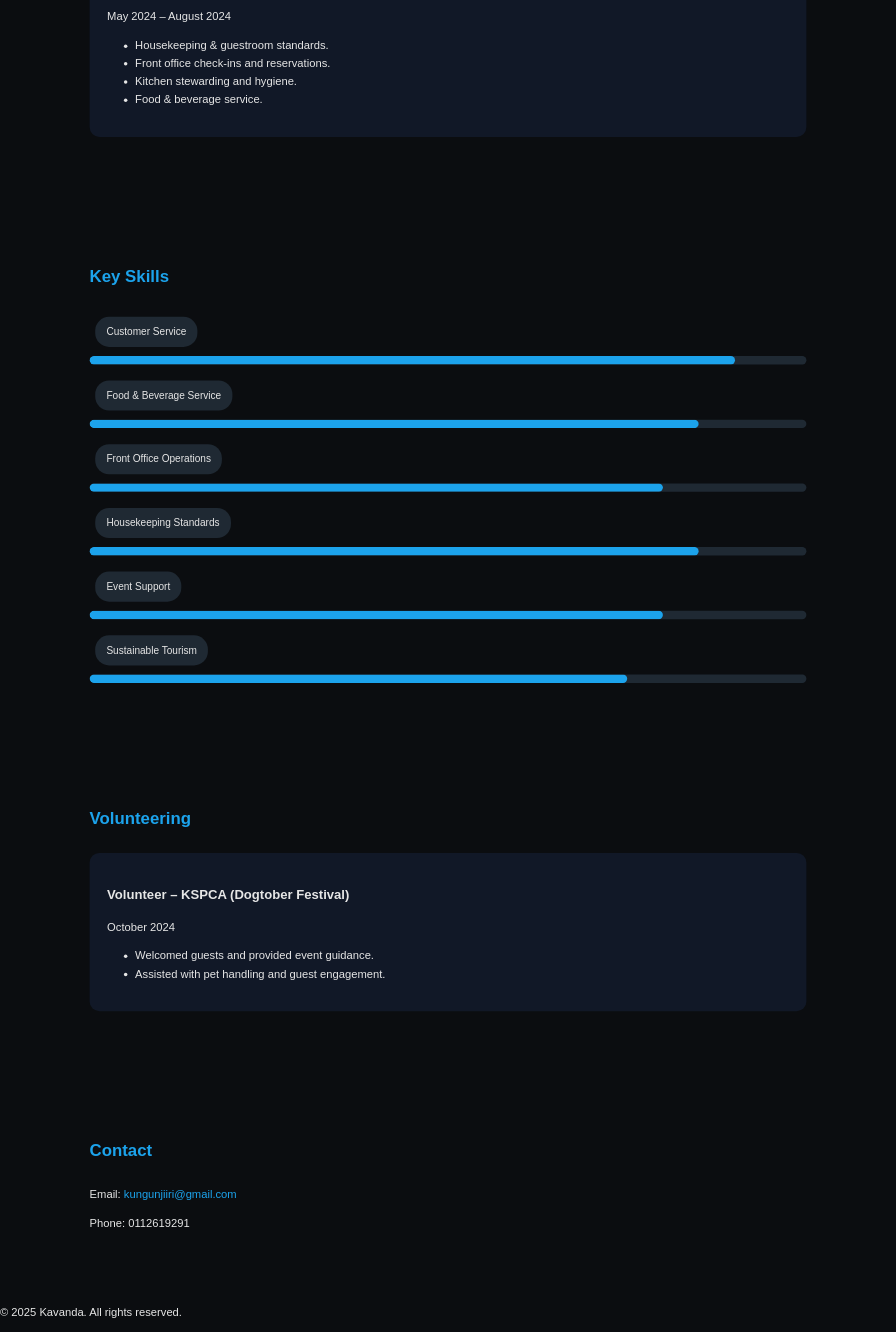
Repository: ladygit-comits/Solomon_Portfolio
Page: index.html
The author's editor kept a copy of each file at every save. The page is drawn from the files as they stood at one save, then again after the next save.
The browser window is 1280 px wide. The pictures show the part of the page from y = 2432 to 4352 px (the page is 4335 px tall before and 4352 px after), at 70% of full size.

Above is the page before, as saved 2025-12-31 14:00:28.

After the next save:
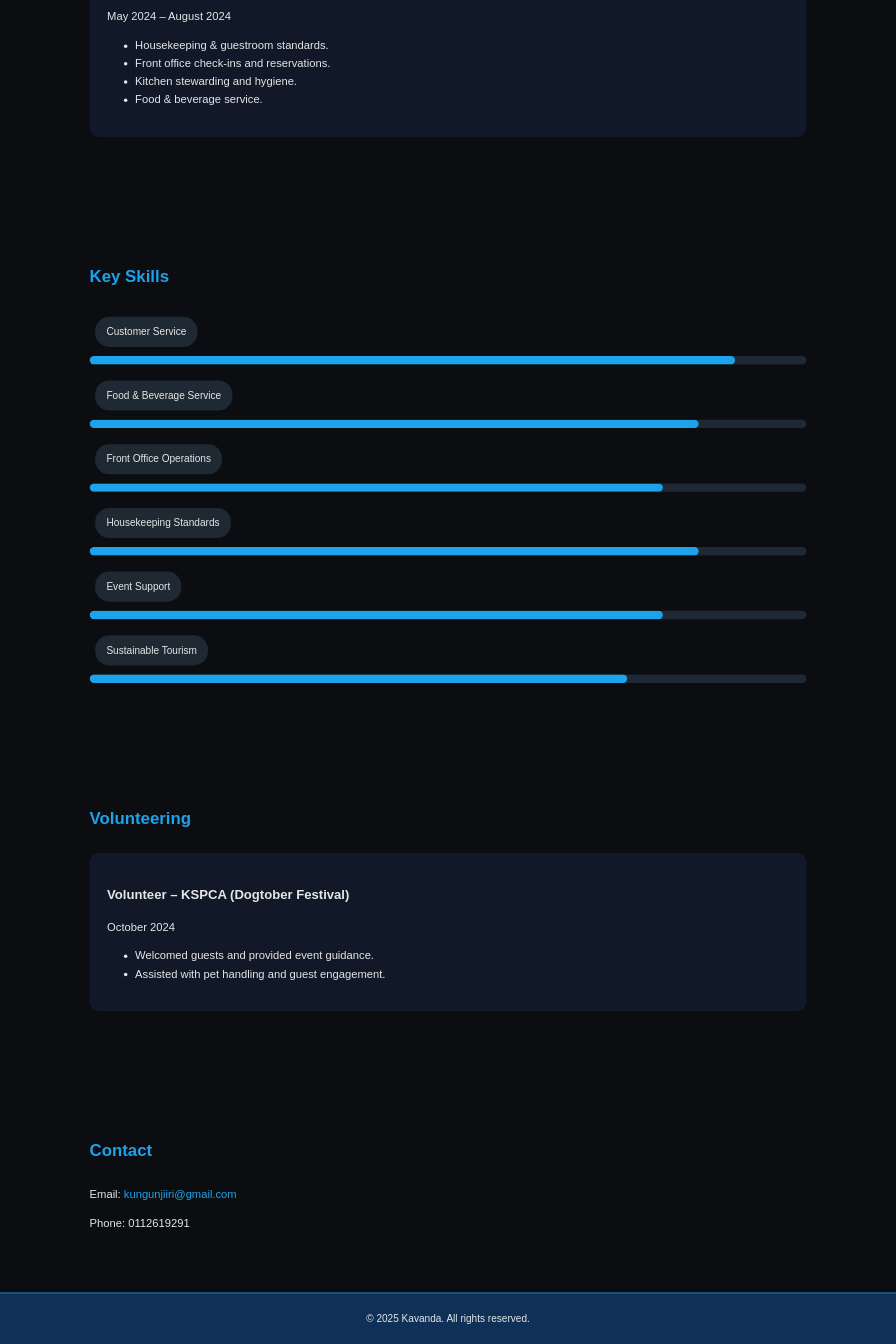
Saved 90 s later.
--- a/style.css
+++ b/style.css
@@ -283,3 +283,15 @@ body {
   height: 40px;
   margin-right: 10px;
 }
+footer {
+  background: var(--dark-blue);
+  color: var(--text-light);
+  text-align: center;
+  padding: 25px 10%;
+  font-size: 0.9rem;
+  border-top: 1px solid var(--accent-blue);
+}
+
+footer p {
+  margin: 0;
+}
